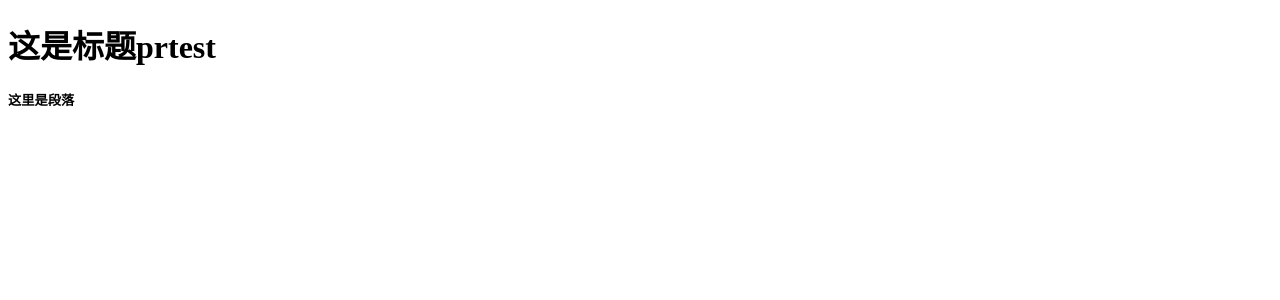
Repository: heerey525/prtest
Page: index.html
An editor plug-in stored every save of this project. The page is shown before and after the next save, followed by the edit.
The browser window is 1280 px wide. The pictures show the whole page.

Above is the page before, as saved 2019-07-19 15:46:57.

### index.html
<!DOCTYPE html>
<html lang="en">
<head>
    <meta charset="UTF-8">
    <meta name="viewport" content="width=device-width, initial-scale=1.0">
    <meta http-equiv="X-UA-Compatible" content="ie=edge">
    <title>prtest</title>
</head>
<body>
    <h1>这是标题prtest</h1>
    <h5
    <p>这里是段落</p>
</body>
</html>

After the next save:
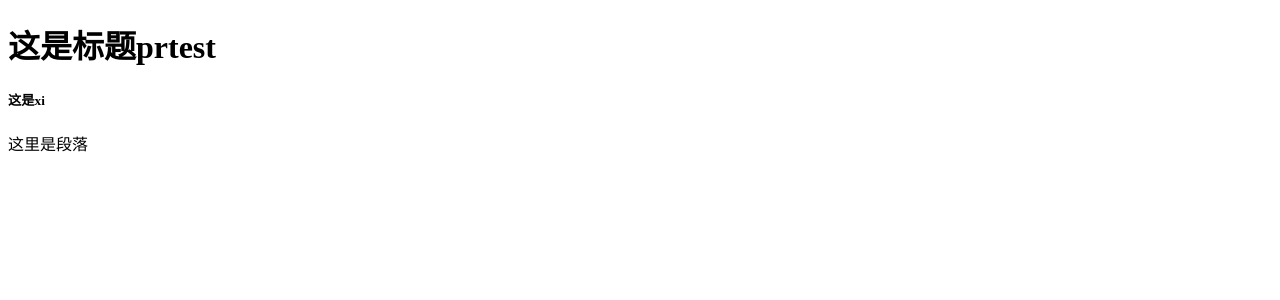
Saved 6 s later.
--- a/index.html
+++ b/index.html
@@ -8,7 +8,7 @@
 </head>
 <body>
     <h1>这是标题prtest</h1>
-    <h5
+    <h5>这是xi</h5>
     <p>这里是段落</p>
 </body>
 </html>
